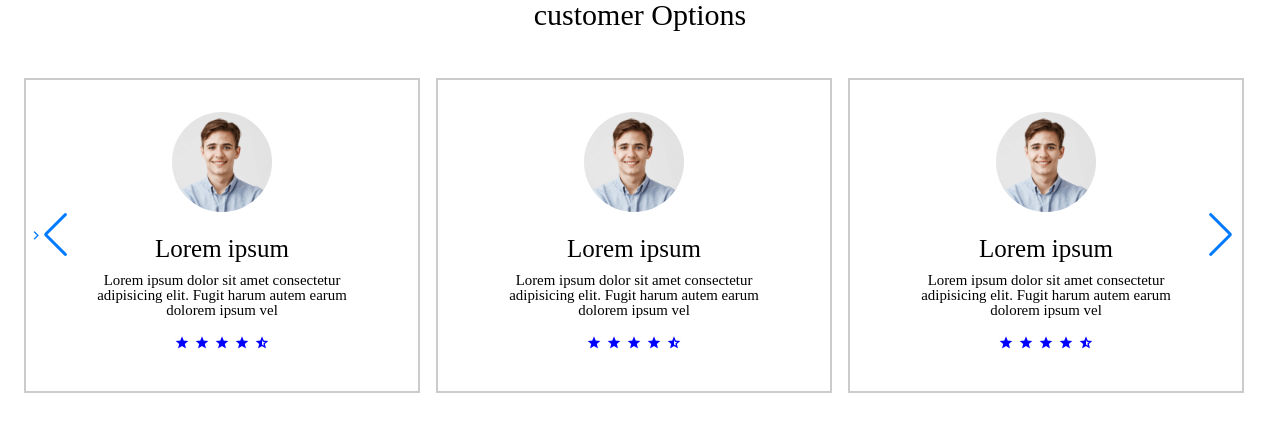
Repository: dinhhaidh/slider-3
Page: index.html
An editor plug-in stored every save of this project. The page is shown before and after the next save, followed by the edit.
The browser window is 1280 px wide. The pictures show the whole page.

Above is the page before, as saved 2024-03-22 21:28:28.

After the next save:
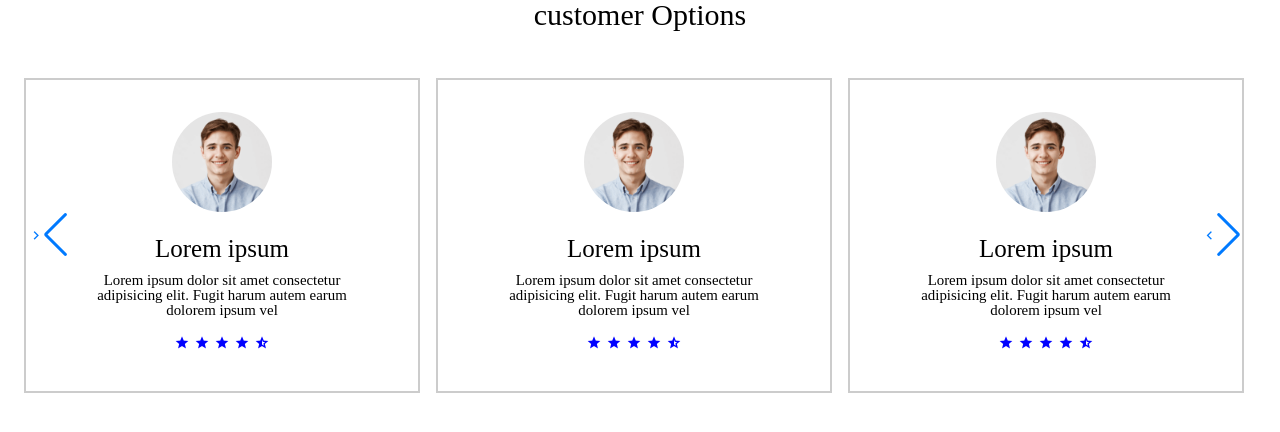
Saved 9 s later.
--- a/index.html
+++ b/index.html
@@ -73,7 +73,7 @@
                     <i class="ri-arrow-right-s-line"></i>
                 </div>
                 <div class="swiper-button-next">
-
+                    <i class="ri-arrow-left-s-line"></i>
                 </div>
             </div>
         </div>
